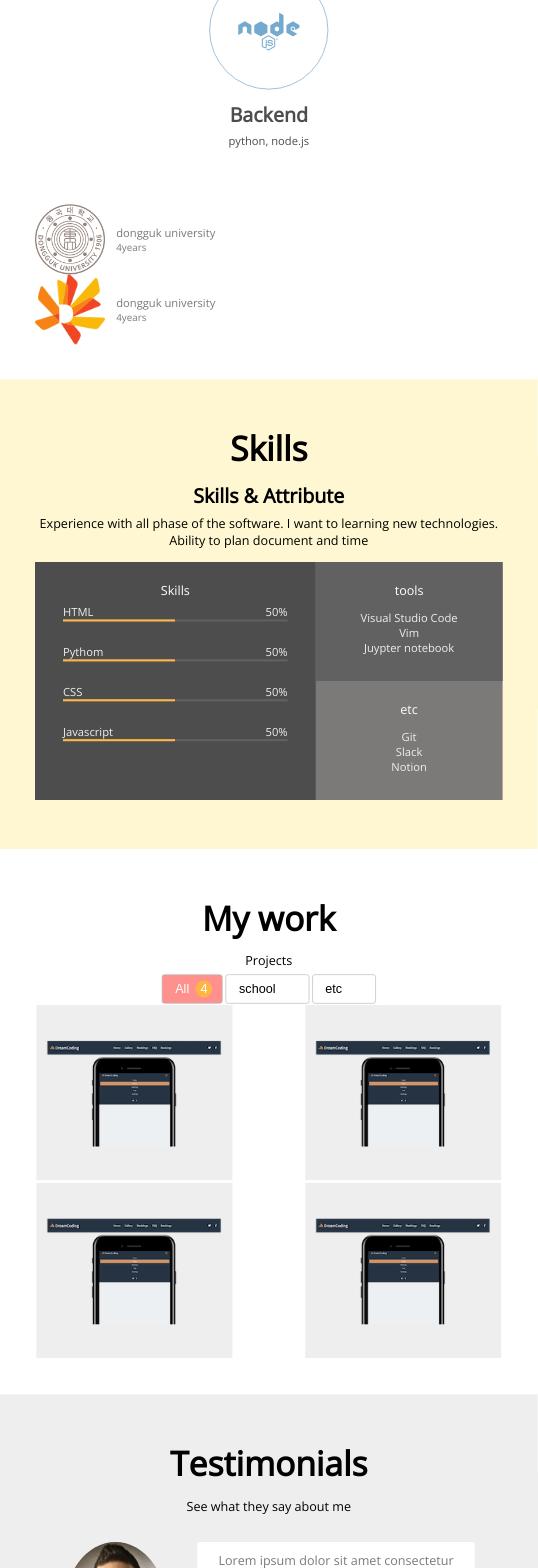
Repository: DongjaJ/portfolio
Page: index.html
The author's editor kept a copy of each file at every save. The page is drawn from the files as they stood at one save, then again after the next save.
The browser window is 768 px wide. The pictures show the part of the page from y = 1527 to 3767 px (the page is 4660 px tall before and 4618 px after), at 70% of full size.
Some web libraries are served in a nearby version.

Above is the page before, as saved 2022-06-15 21:59:42.

After the next save:
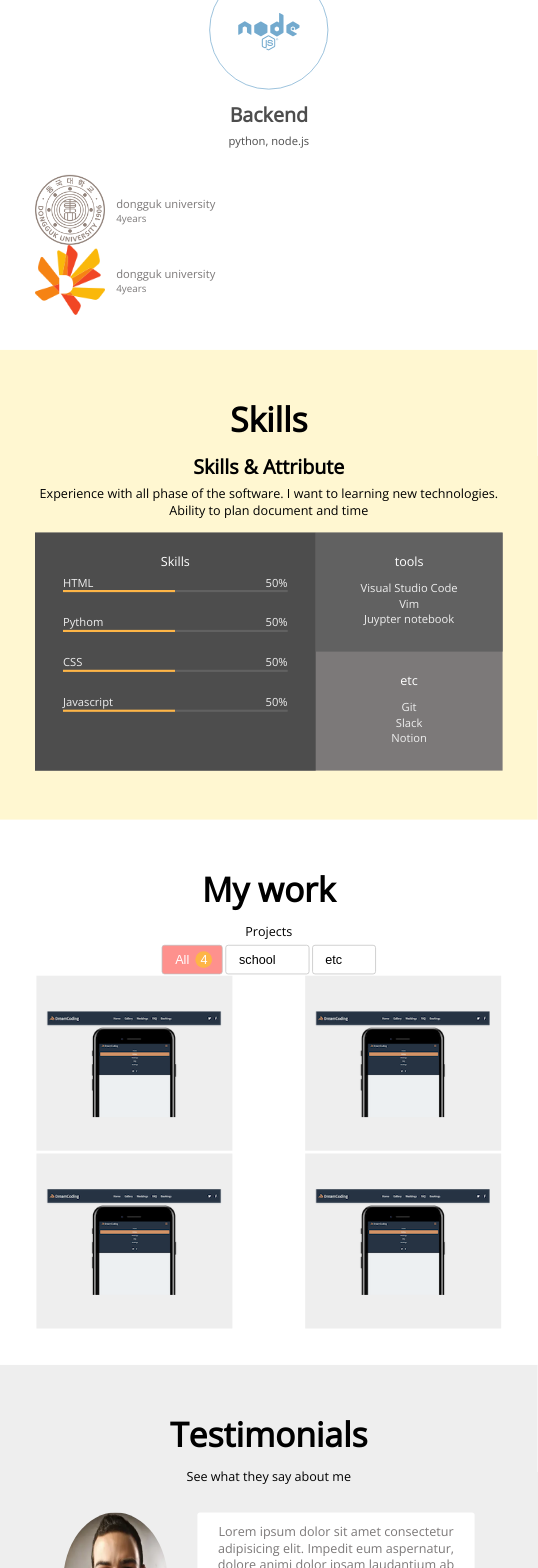
Saved 20 s later.
--- a/style.css
+++ b/style.css
@@ -465,5 +465,6 @@
 	}
 	.about__major{
 		flex-direction: column;
+		margin-bottom: 38px;
 	}
 }
